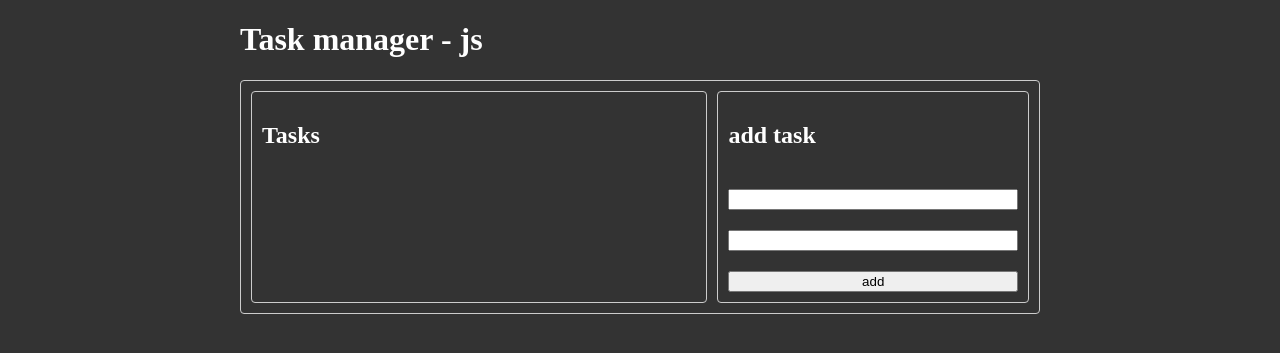
Repository: iKrekus/taskmgr-js
Page: index.html
These files come from the project's save history. The page is drawn as it stood at one moment and after the next save; the edit follows.
The browser window is 1280 px wide. The pictures show the whole page.

Above is the page before, as saved 2024-03-15 15:01:43.

After the next save:
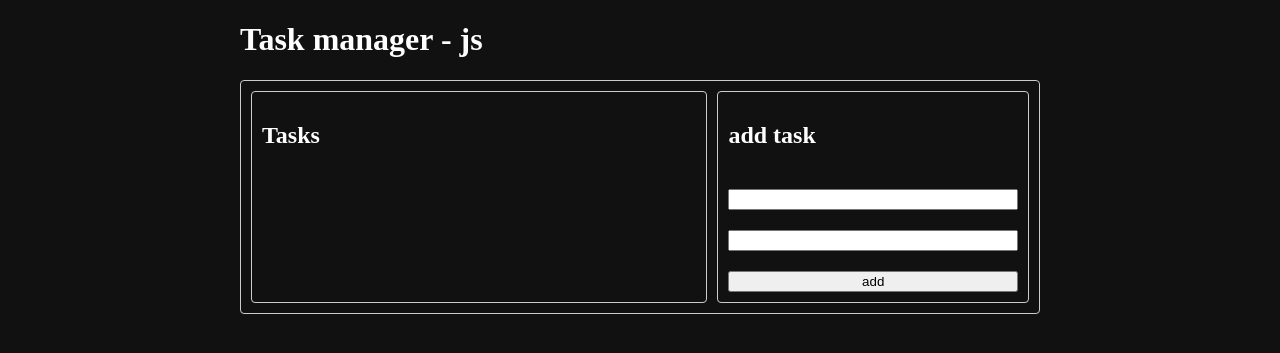
Saved 14 s later.
--- a/style.css
+++ b/style.css
@@ -1,5 +1,5 @@
 body {
-  background-color: #333333;
+  background-color: #111111;
   color: #ffffff;
 }
 
